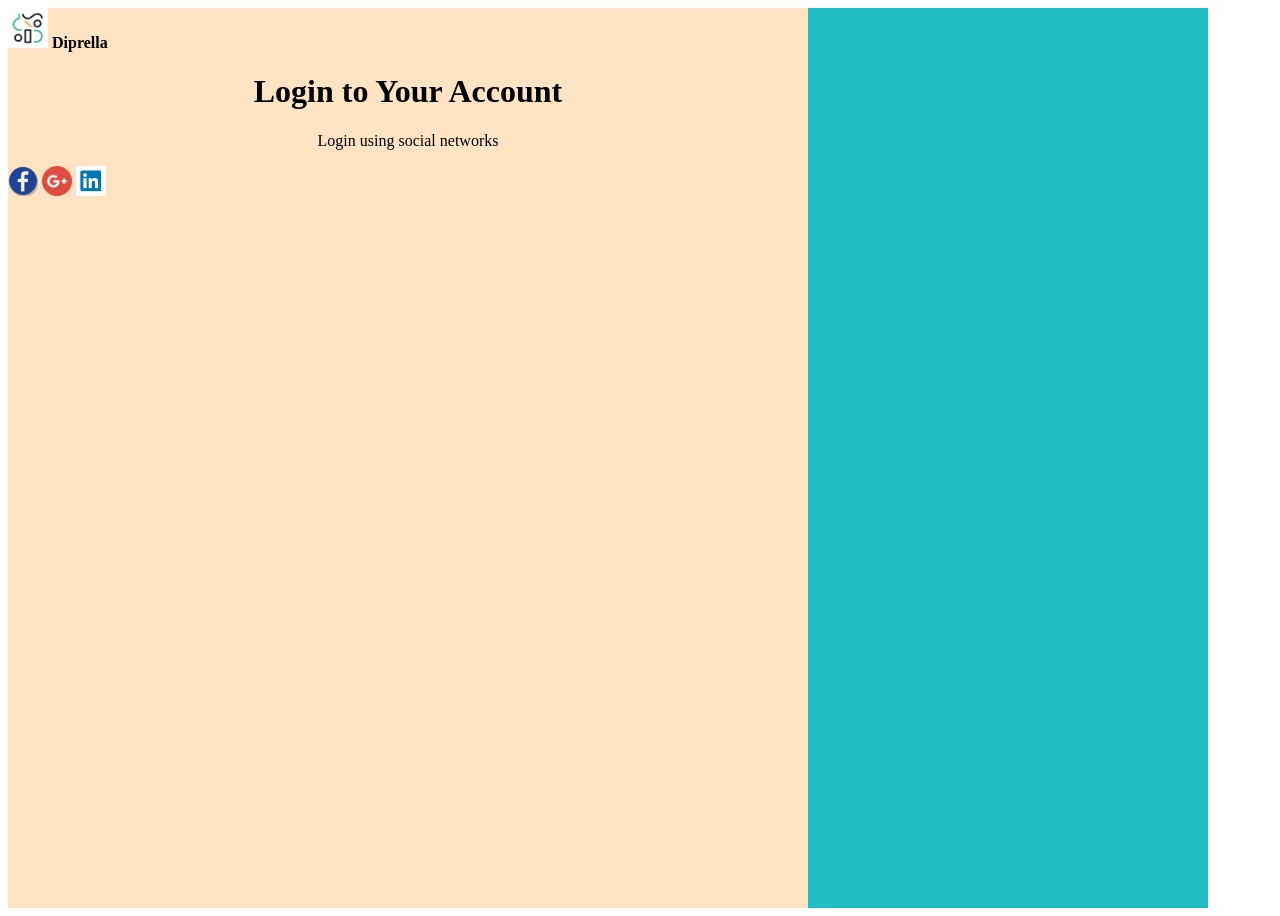
Repository: Tobby004/bdc-assignment-3
Page: task.html
The author's editor kept a copy of each file at every save. The page is drawn from the files as they stood at one save, then again after the next save.
The browser window is 1280 px wide. The pictures show the whole page.

Above is the page before, as saved 2023-02-21 23:16:12.

### task.html
<!DOCTYPE html>
<html lang="en">
<head>
    <meta charset="UTF-8">
    <meta http-equiv="X-UA-Compatible" content="IE=edge">
    <meta name="viewport" content="width=device-width, initial-scale=1.0">
    <title>Document</title>
    <link rel="stylesheet" href="task.css">
</head>
<body>
    <div class="container">
        <div class="box1">
        <header id="logo"><img src="diprella.JPG"height="40px">
        <b>Diprella</b></header>
        <h1>Login to Your Account</h1>
        <p>Login using social networks</p>
        <div class="logo">
        <a href="#"><img src="facebook.png"</a>
        <a href="#"><img src="googe plus.png"</a>
        <a href="#"><img src="linkedin.png"</a>
        </div>
        </div>
        <div class="box2"></div>
    </div>
</body>
</html>

### task.css
* {
    box-sizing: border-box;
}
.container{
    display: flex;
}
.box1 {
    background-color: bisque;
    height: 900px;
    width: 800px;
}
.box2{
    background-color: #20bdc2;
    height: 900px;
    width: 400px;
}
h1 {
    text-align: center;
}
p {
    text-align: center;
}
.logo img {
    height: 30px;
    text-align: center;
}
.logo a {
    text-decoration: none;
}

After the next save:
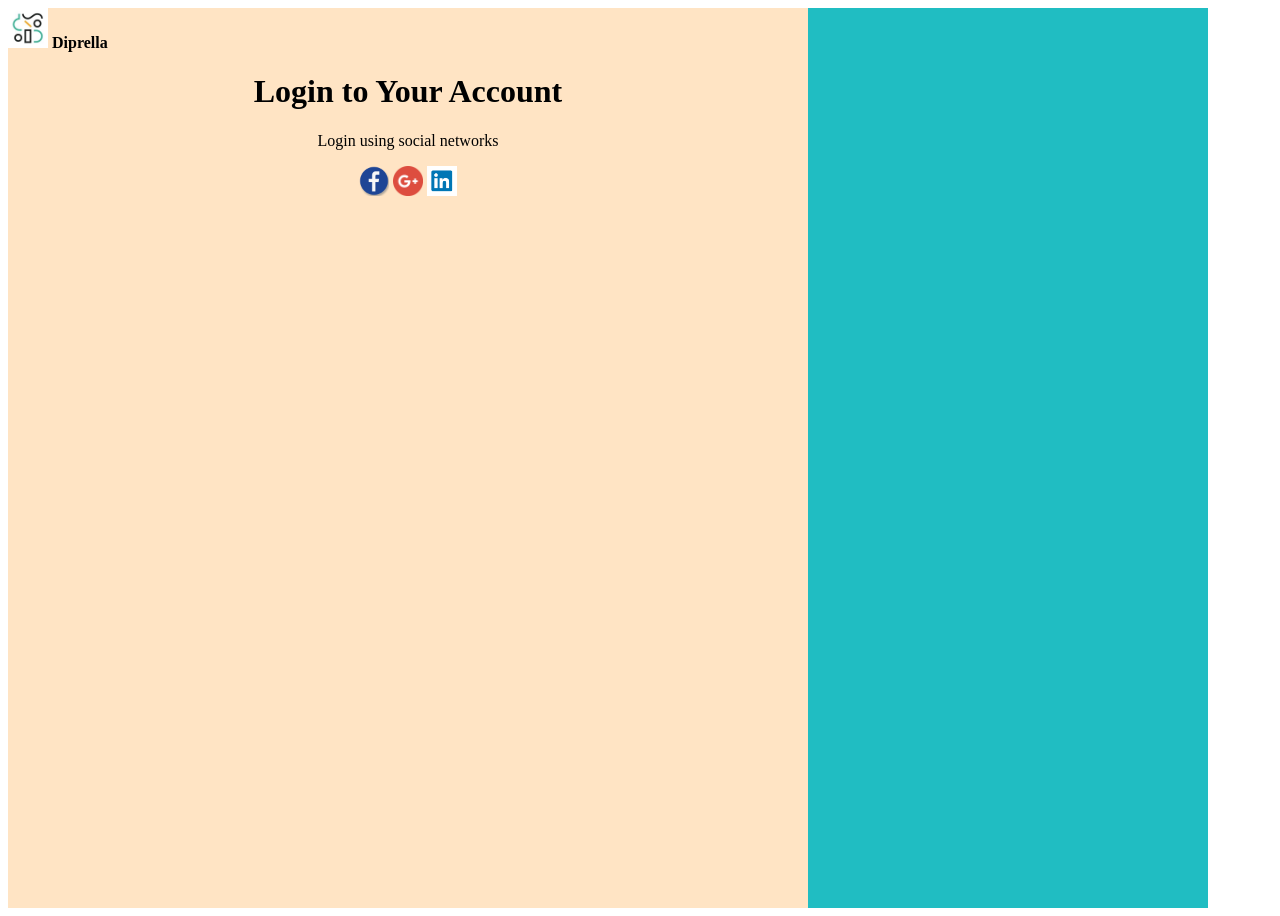
Saved 70 s later.
--- a/task.css
+++ b/task.css
@@ -27,3 +27,7 @@ p {
 .logo a {
     text-decoration: none;
 }
+div .logo {
+    text-decoration: none;
+    text-align: center;
+}
